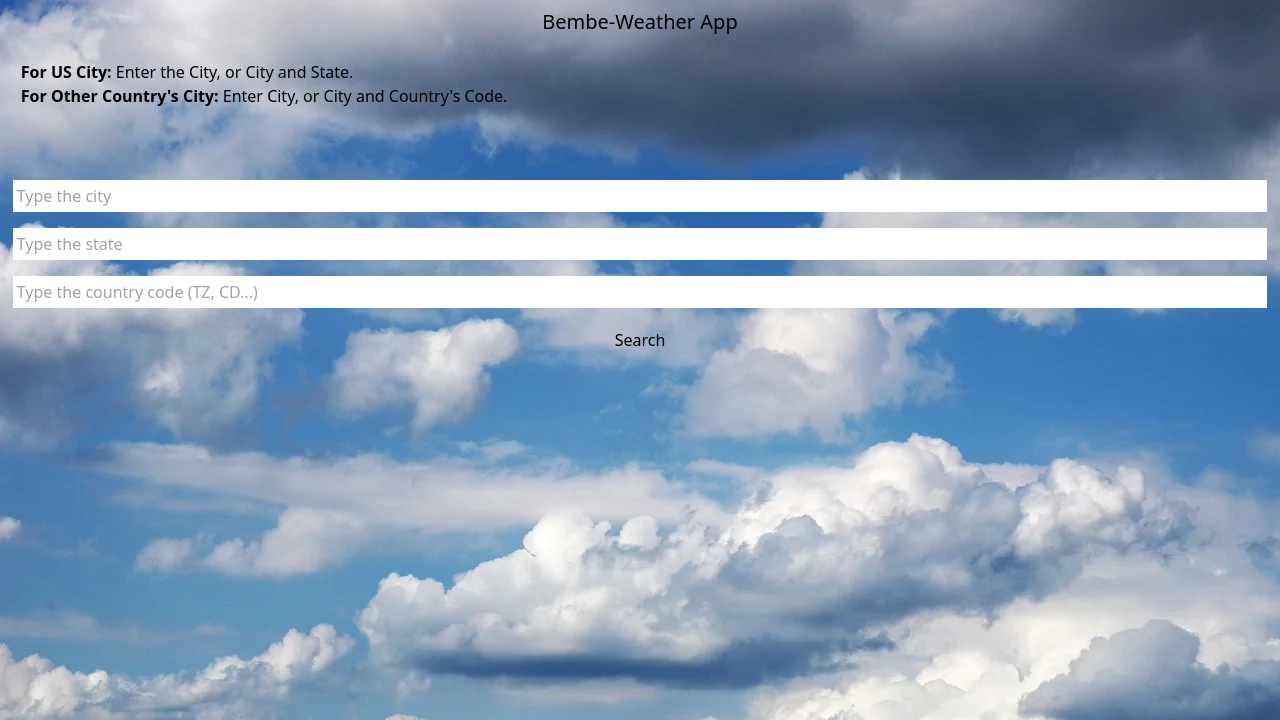
Repository: ShindanoSingi/bembe-weather
Page: /
An editor plug-in stored every save of this project. The page is shown before and after the next save, followed by the edit.
The browser window is 1280 px wide. The pictures show the whole page.
The page's requests for data from a server got no answer. The project was rebuilt for these pictures with package versions that can differ from the ones it lists, and the page was loaded fresh each time. No one was signed in, and anything a server would have sent is missing.

Above is the page before, as saved 2022-09-14 23:35:09.

After the next save:
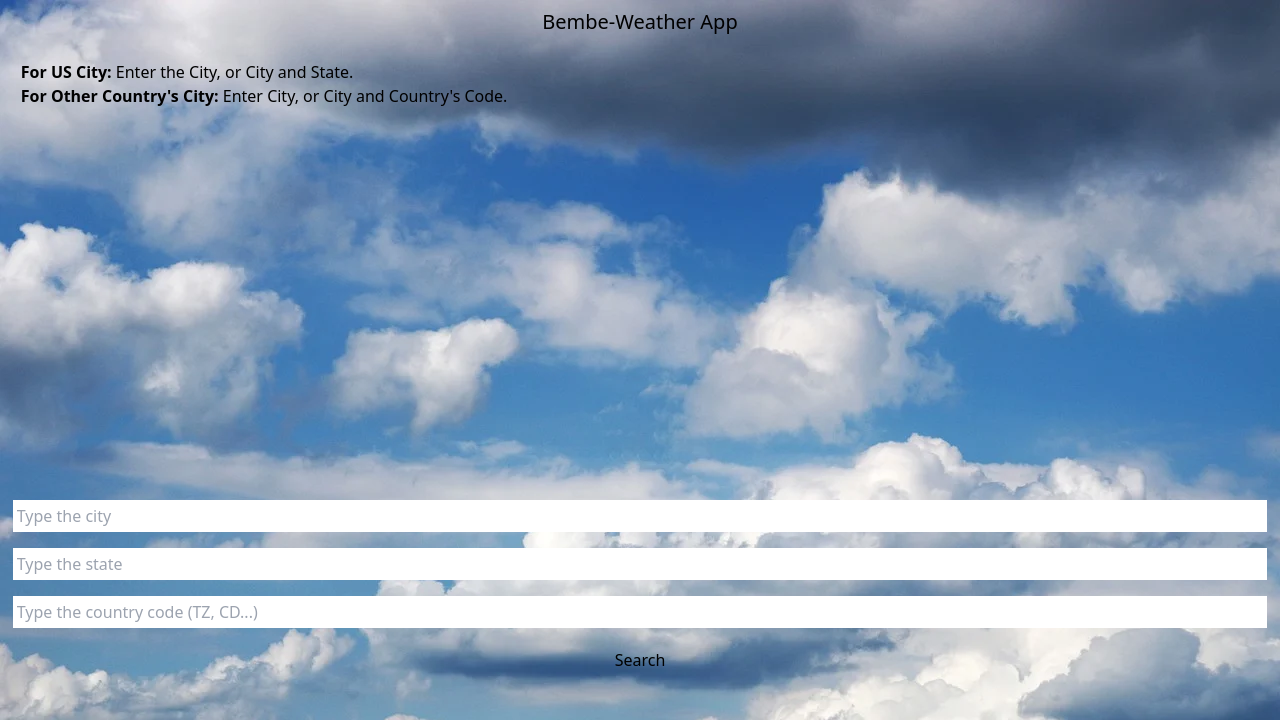
Saved 82 s later.
--- a/src/components/SearchForm.js
+++ b/src/components/SearchForm.js
@@ -10,7 +10,7 @@ const SearchForm = ({
   handleChangeCountry,
 }) => {
   return (
-    <div >
+    <div className="relative top-[20rem]">
       <form className="form-container" onSubmit={handleSubmit} d-flex>
         <div className="flex flex-col items-center gap-4 form-container">
           <div className="flex flex-col gap-4">
@@ -48,11 +48,6 @@ const SearchForm = ({
           Search
         </button>
         </div>
-
-        {/* City Input */}
-
-
-
       </form>
     </div>
   );
